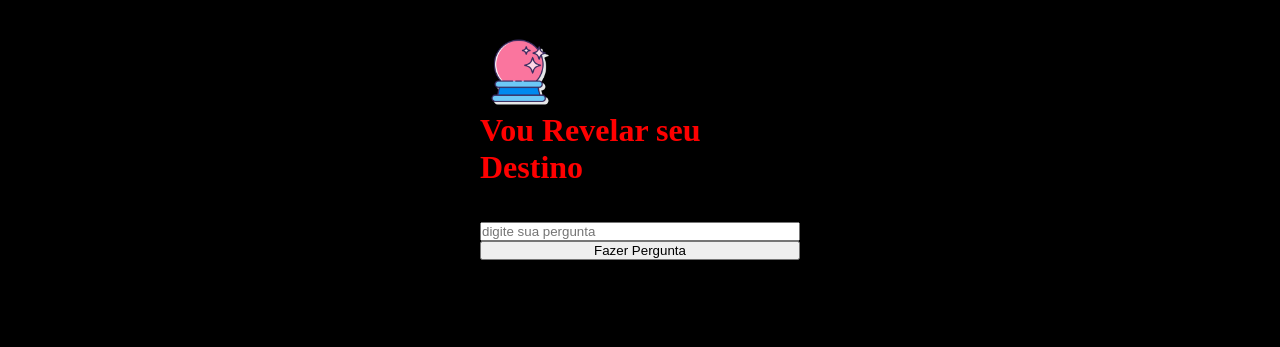
Repository: guilhermecardoso93/nlwexplorer
Page: index.html
These files come from the project's save history. The page is drawn as it stood at one moment and after the next save; the edit follows.
The browser window is 1280 px wide. The pictures show the whole page.

Above is the page before, as saved 2022-06-08 23:33:24.

After the next save:
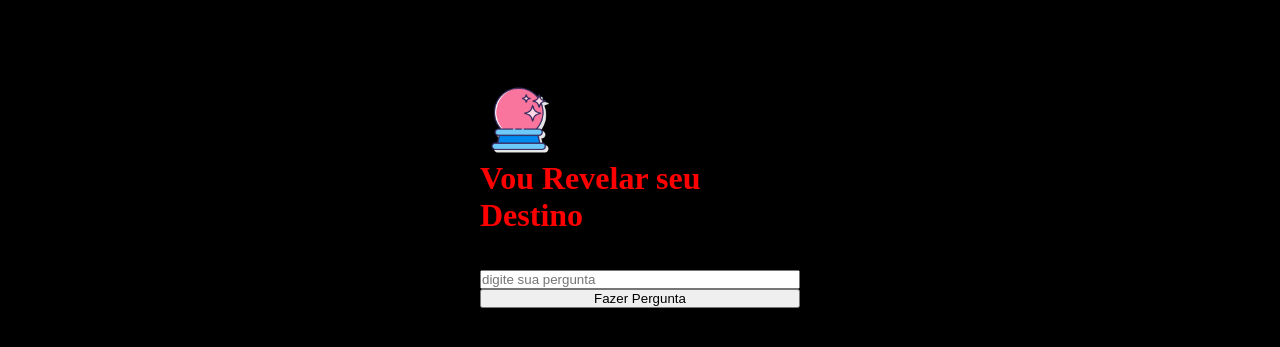
Saved 6 s later.
--- a/styles.css
+++ b/styles.css
@@ -12,7 +12,7 @@
  display: flex;
  flex-direction: column;
  margin: auto;
- margin-top: 2rem;
+ margin-top: 5rem;
  width: 20rem;
 }
 
